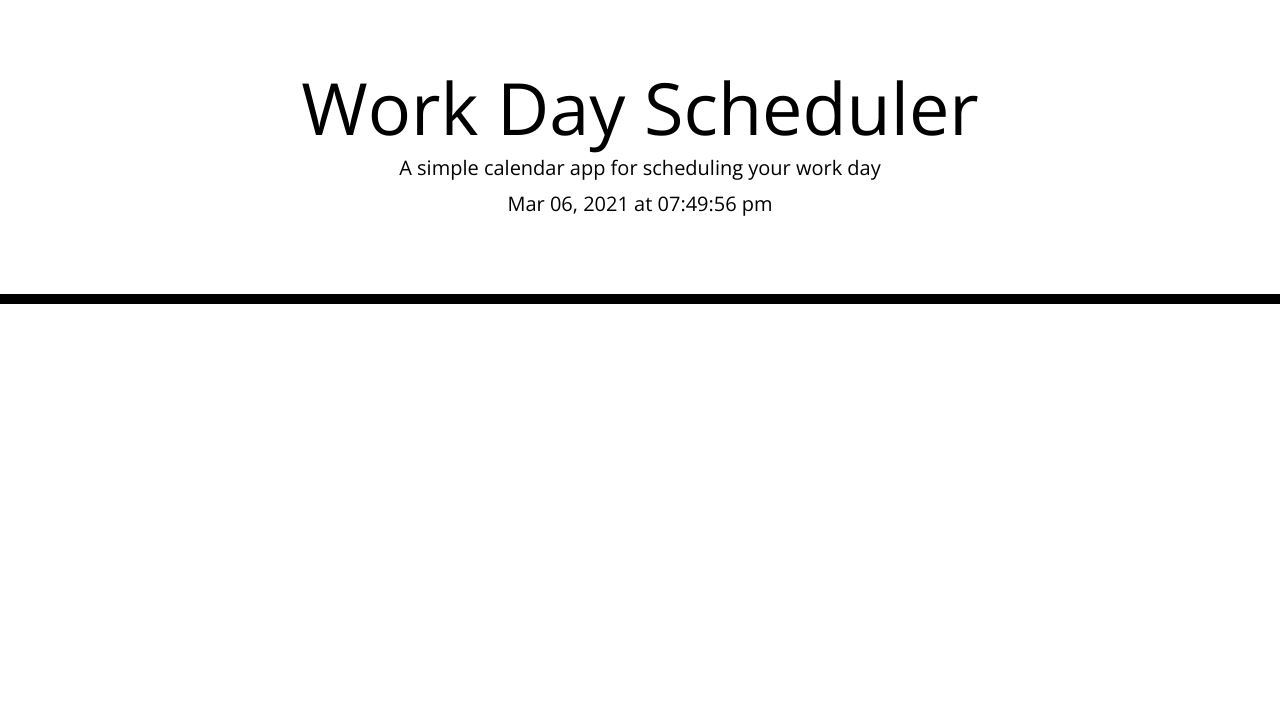
Repository: ziffoit/Work-Day_Scheduler
Page: Develop/index.html
An editor plug-in stored every save of this project. The page is shown before and after the next save, followed by the edit.
The browser window is 1280 px wide. The pictures show the whole page.
Some web libraries are served in a nearby version.

Above is the page before, as saved 2021-03-16 13:18:14.

### Develop/index.html
<!DOCTYPE html>
<html lang="en">
  <head>
    <meta charset="UTF-8" />
    <meta name="viewport" content="width=device-width, initial-scale=1.0" />
    <meta http-equiv="X-UA-Compatible" content="ie=edge" />
    <link
      rel="stylesheet"
      href="https://stackpath.bootstrapcdn.com/bootstrap/4.3.1/css/bootstrap.min.css"
    />
    <link
      rel="stylesheet"
      href="https://use.fontawesome.com/releases/v5.8.1/css/all.css"
      integrity="sha384-50oBUHEmvpQ+1lW4y57PTFmhCaXp0ML5d60M1M7uH2+nqUivzIebhndOJK28anvf"
      crossorigin="anonymous"
    />
    <link
      href="https://fonts.googleapis.com/css?family=Open+Sans&display=swap"
      rel="stylesheet"
    />
    <link rel="stylesheet" href="style.css" />
    <title>Work Day Scheduler</title>
  </head>

  <body>
    <header class="jumbotron">
      <h1 class="display-3">Work Day Scheduler</h1>
      <p class="lead">A simple calendar app for scheduling your work day</p>
      <p id="currentDay" class="lead"></p>
    </header>
    <div class="container">
      <!-- Timeblocks go here -->
    </div>

    <script src="https://cdnjs.cloudflare.com/ajax/libs/jquery/3.2.1/jquery.min.js"></script>
    <script src="https://cdnjs.cloudflare.com/ajax/libs/moment.js/2.24.0/moment.min.js"></script>
    <script src="script.js"></script>
  </body>
</html>

### Develop/style.css
body {
  font-family: 'Open Sans', sans-serif;
  font-size: 16px;
  line-height: 1;
}

textarea{
  background: transparent;
  border: none;
  resize: none;
  color: #000000;
  border-left: 1px solid black;
  padding: 10px;
}

.jumbotron {
  text-align: center;
  background-color: transparent;
  color: black;
  border-radius: 0;
  border-bottom: 10px solid black;
}

.description{
  white-space: pre-wrap;
}

.time-block{
  text-align: center;
  border-radius: 15px;
}

.row {
  white-space: pre-wrap;
  height: 80px;
  border-top: 1px solid white;;
}

.hour {
  background-color: #ffffff;
  color: #000000;
  border-top: 1px dashed #000000;
}

.past {
  background-color: #d3d3d3;
  color: white;
}

.present {
  background-color: #ff6961;
  color: white;
}

.future {
  background-color: #77dd77;
  color: white;
}

.saveBtn {
  border-left: 1px solid black;
  border-top-right-radius: 15px;
  border-bottom-right-radius: 15px;
  background-color: #06AED5;
  color: white;
}

.saveBtn i:hover {
  font-size: 20px;
  transition: all .3s ease-in-out;
}

### Develop/script.js
var currentDay = $('#currentDay')

function dateAndTime() {
    var rightNow = moment().format('MMM DD, YYYY [at] hh:mm:ss a');
    currentDay.text(rightNow);
  }

  setInterval(dateAndTime, 1000)

After the next save:
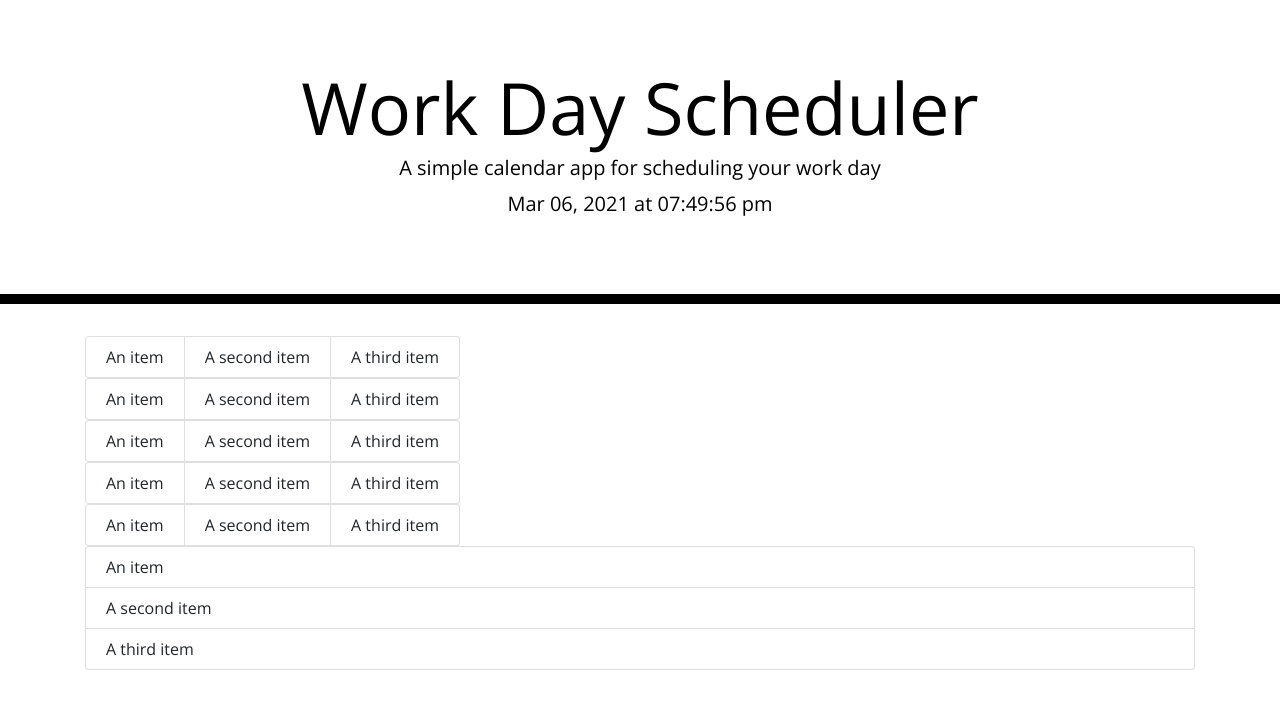
Saved 3 h 28 min later.
--- a/Develop/index.html
+++ b/Develop/index.html
@@ -29,6 +29,36 @@
       <p id="currentDay" class="lead"></p>
     </header>
     <div class="container">
+      <ul class="list-group list-group-horizontal">
+        <li class="list-group-item">An item</li>
+        <li class="list-group-item">A second item</li>
+        <li class="list-group-item">A third item</li>
+      </ul>
+      <ul class="list-group list-group-horizontal-sm">
+        <li class="list-group-item">An item</li>
+        <li class="list-group-item">A second item</li>
+        <li class="list-group-item">A third item</li>
+      </ul>
+      <ul class="list-group list-group-horizontal-md">
+        <li class="list-group-item">An item</li>
+        <li class="list-group-item">A second item</li>
+        <li class="list-group-item">A third item</li>
+      </ul>
+      <ul class="list-group list-group-horizontal-lg">
+        <li class="list-group-item">An item</li>
+        <li class="list-group-item">A second item</li>
+        <li class="list-group-item">A third item</li>
+      </ul>
+      <ul class="list-group list-group-horizontal-xl">
+        <li class="list-group-item">An item</li>
+        <li class="list-group-item">A second item</li>
+        <li class="list-group-item">A third item</li>
+      </ul>
+      <ul class="list-group list-group-horizontal-xxl">
+        <li class="list-group-item">An item</li>
+        <li class="list-group-item">A second item</li>
+        <li class="list-group-item">A third item</li>
+      </ul>
       <!-- Timeblocks go here -->
     </div>
 
